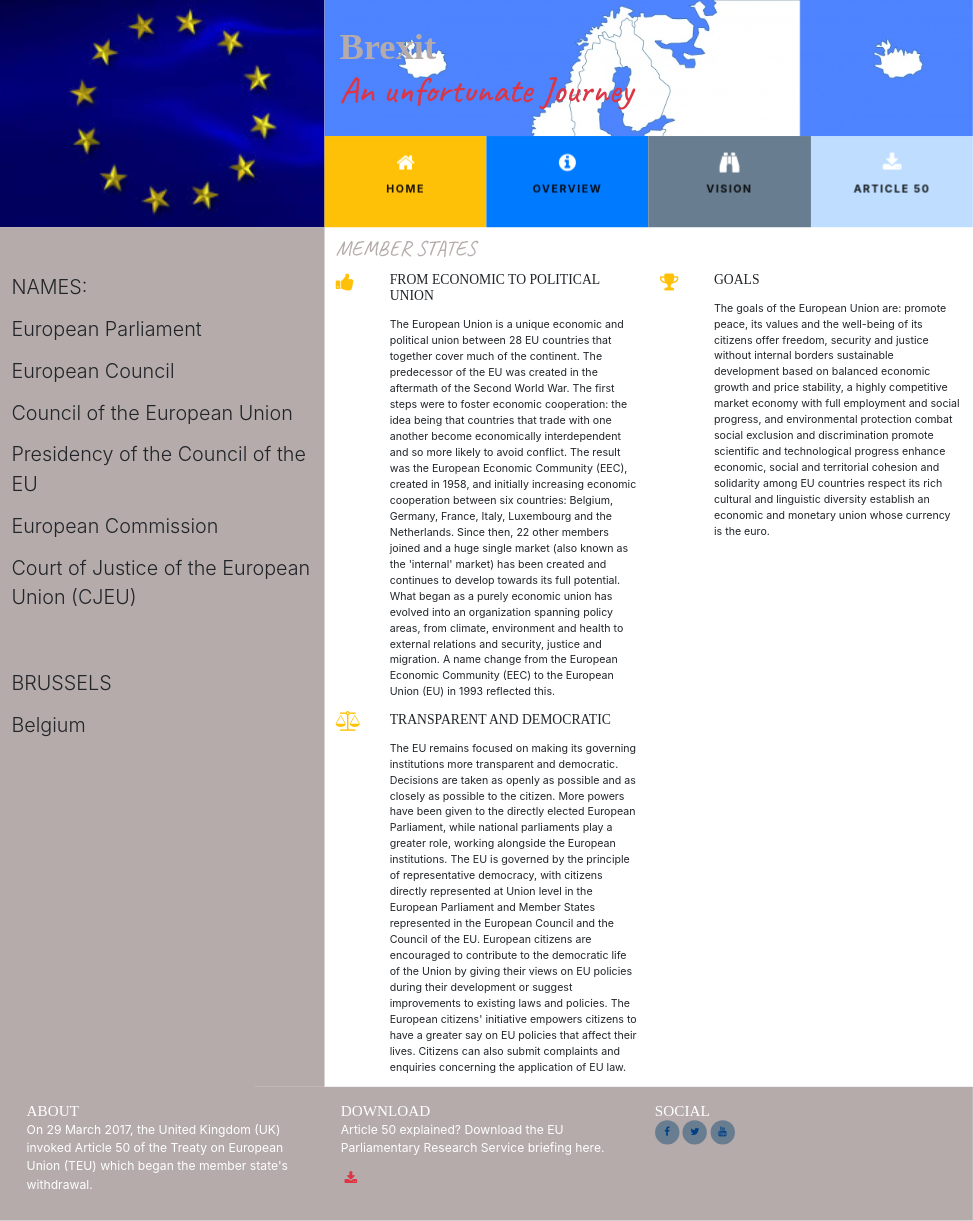
Repository: isiko1/Milestone_Project_One
Page: index.html
The author's editor kept a record of every edit. The page is drawn from the files as they stood at one moment, then again after the next edit.
The browser window is 1280 px wide. The pictures show the whole page, at 76% of full size.
Some web fonts or font styles are not loaded; a fallback is used.

Above is the page before.

After the next edit:
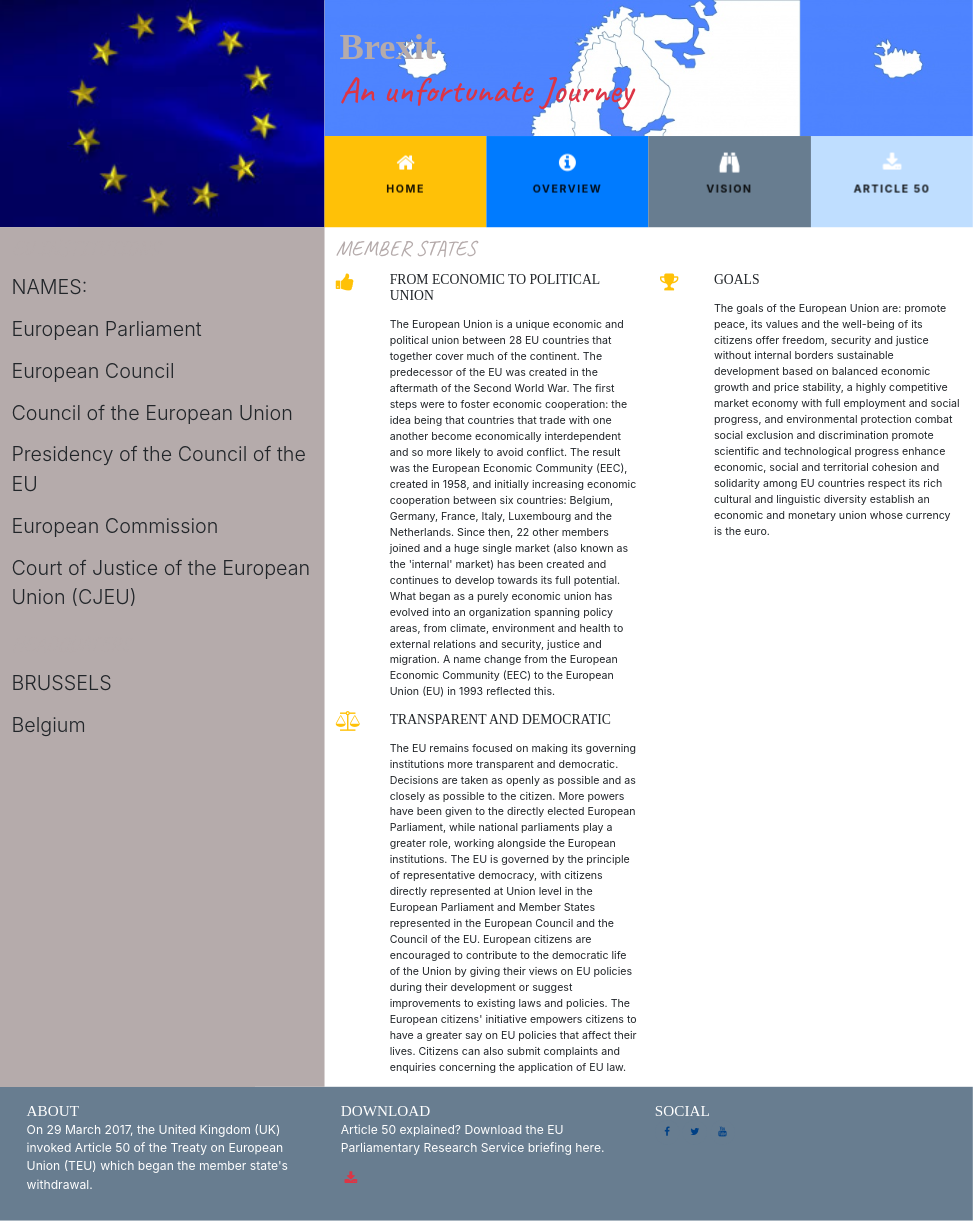
The edit:
--- a/info/css/style.css
+++ b/info/css/style.css
@@ -188,7 +188,7 @@
 }
 
 footer {
-    background-color: #b5abab;
+    background-color: #687d90;
     min-height: 120px;
     color:#fff;
     margin: 0;
